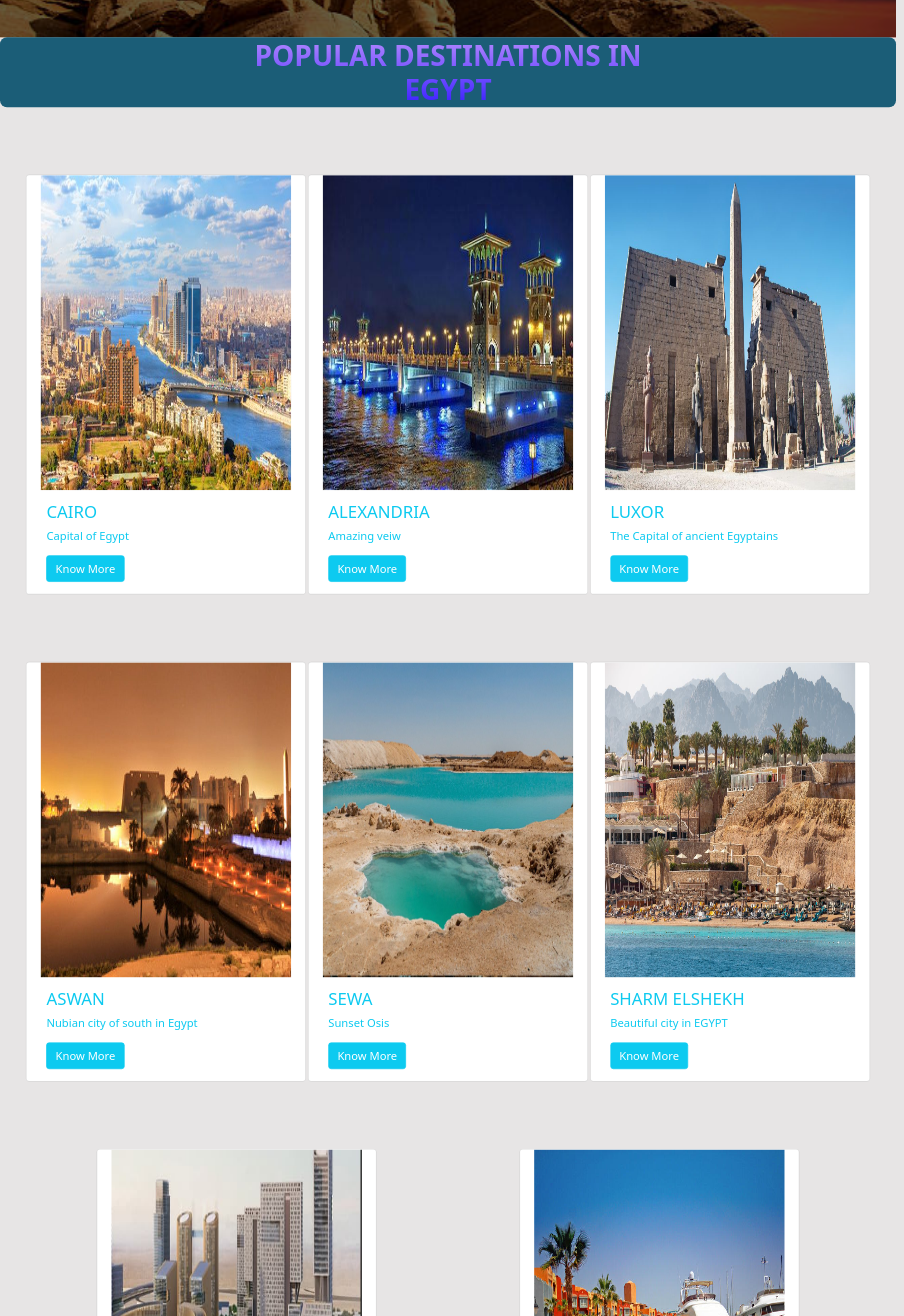
Repository: Ahmed123rezk123/P-temp
Page: index.html
The author's editor kept a copy of each file at every save. The page is drawn from the files as they stood at one save, then again after the next save.
The browser window is 1280 px wide. The page is 1292 px wide, so the pictures cover 1292 px, including what lies to the right of the window. The pictures show the part of the page from y = 3396 to 5276 px (the page is 6226 px tall), at 70% of full size.
Backgrounds fixed to the window are drawn as part of the page.

Above is the page before, as saved 2024-02-18 13:11:11.

After the next save:
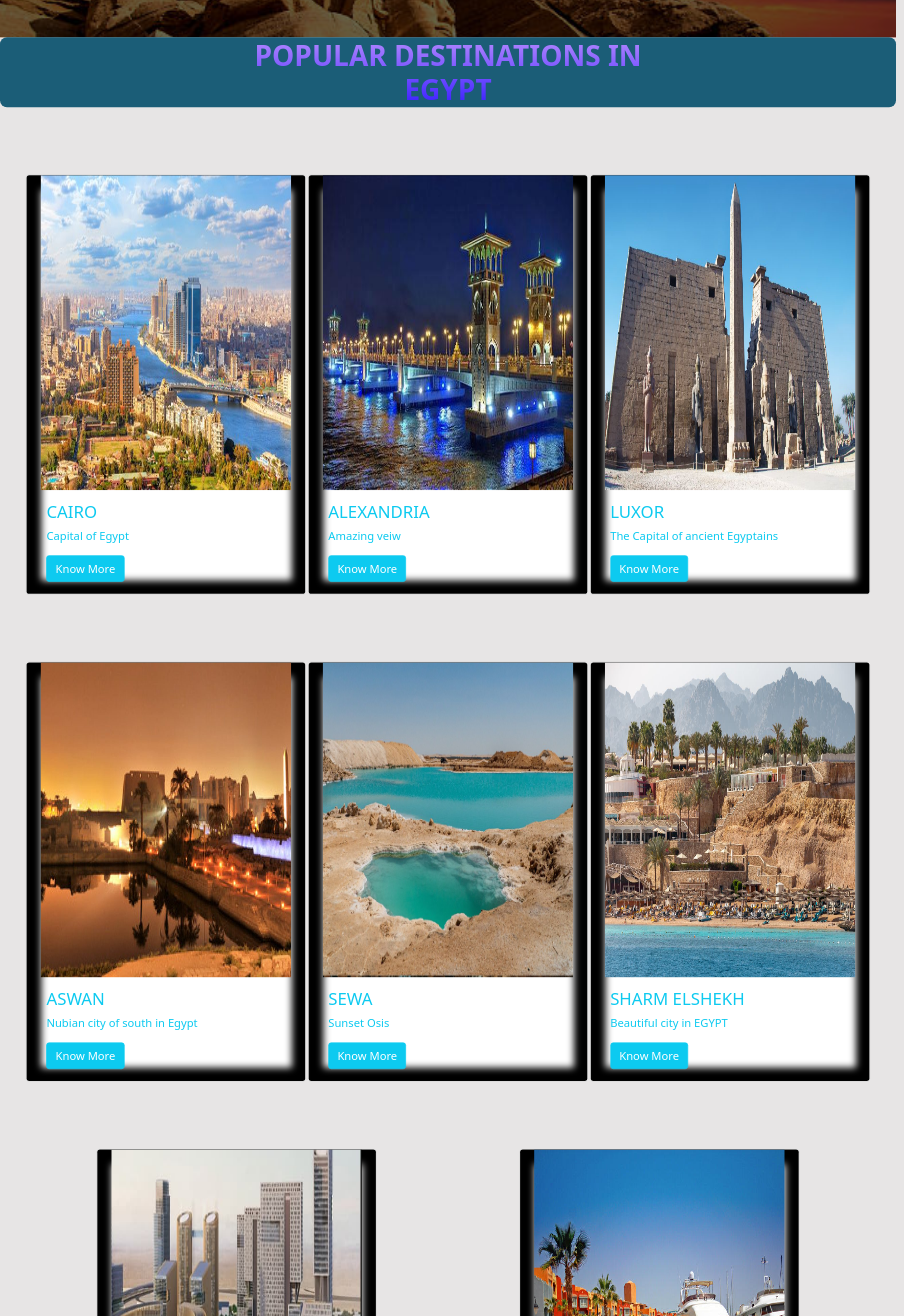
Saved 5 s later.
--- a/CSS/style.css
+++ b/CSS/style.css
@@ -302,7 +302,7 @@ background: -webkit-linear-gradient( #b387ff , rgb(57, 31, 255));
 }
 
   .section13 .card {
-    box-shadow: 1px 1px 10px 20px black outset;
+    box-shadow: 1px 1px 10px 20px black inset;
   }
 
 /* End section 13 */
